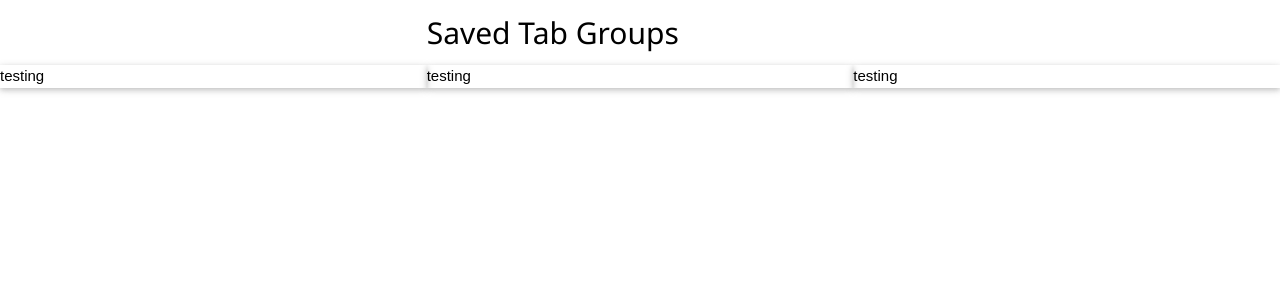
Repository: pixman92/GitTab
Page: background.html
These files come from the project's save history. The page is drawn as it stood at one moment and after the next save; the edit follows.
The browser window is 1280 px wide. The pictures show the whole page.

Above is the page before, as saved 2020-02-13 21:37:25.
Console error: SyntaxError: Unexpected token '.'

### background.html
<html>
    <head>
    <meta charset="UTF-8">
    <meta name="viewport" content="width=device-width, initial-scale=1.0">
    <meta http-equiv="X-UA-Compatible" content="ie=edge">
    <title>background</title>

    <link rel="stylesheet" href="pure-min.css">
    <link rel="stylesheet" href="w3.css">



    <!-- <script src="https://www.gstatic.com/firebasejs/5.5.9/firebase.js"></script> -->
    <!-- <script src="firebase.js"></script>
    <script src="firestoreStuff.js"></script>
    <script src="helperfunctions.js"></script> -->
    <script src="background.js"></script>
    <script src="backgroundNew.js"></script>
    <script src="TabObj.js"></script>
    <script src="CSS_tweaking.js"></script>

    <link rel="stylesheet" href="styles.css">




</head>
<body>
    <div class="pure-g">
        <div class="pure-u-1-3"></div>
        <div class="pure-u-1-3">
            <h2>Saved Tab Groups</h2>
        </div>
        <div class="pure-u-1-3"></div>

    </div>

    <!-- <h1 id='hello'>Hello</h1> -->

    <div id="placeHolder">
        <!-- <div class="gridSaved"> -->
        <div class="pure-g">
            <div class="pure-u-1-3">
                <div class="w3-card-2">testing</div>
            </div>
            <div class="pure-u-1-3">
                <div class="w3-card-2">testing</div>
            </div>
            <div class="pure-u-1-3">
                <div class="w3-card-2">testing</div>
            </div>
        </div>



        <!-- </div> -->

    </div>

</body>
</html>

### background.js
//file that saves Current tabs on open
//displays all tabs found in BIGTAB
//
//also, to allow for deleting in BIGTAB arr[]

var userBIG;
function makeOrGet(){
    try {
       pullBIG();

    } catch (error) {
        console.log('error', error);
    }
}

### backgroundNew.js

window.onload = ()=>{
    // makeNice();

    makeObjects();

    chrome.storage.sync.get(['saveMe'], (result)=>{
        if(result.saveMe==true){
            pullBIG();
            retrieved.add()
            chrome.storage.sync.set({'saveMe': false});
        }
    });

//    receiveMessage();
}


//========================================

//file reserved for opening & deleting of grouped TAB objects
//soon to be OLD
var str=""; var tabSaved="";
function makeNice(){

    chrome.storage.sync.get(['tabSet'], (result)=>{
        tabSaved = result.tabSet;
        console.log('tab2', tabSaved);

        //========================================
        for(var i=0; i<tabSaved.length; i++){
            //required \" to make URL (a href) work!
            str+=makeStr(["<div class='grid1'>", "<div>","<a target='_blank'  href=\"", tabSaved[i].url.toString(), "\">", tabSaved[i].title.toString(), "</a>", "</div>", "</div>" ]);
        }
        // console.log('str', str);
        document.getElementById('placeHolder').innerHTML = str;

        str="";
    });
}
//========================================

var tabToObj;
var singleNewTABGroup;
function makeObjects(){
    try{
        pullBIG();
    }catch(error){
        console.log('error', error);
    }
    chrome.storage.sync.get(['tabSet'], (result)=>{
        tabToObj = result.tabSet;
        singleNewTABGroup = new SingleTABGroup(tabToObj['title'], tabToObj['tabs']);
        retrieved.add(singleNewTABGroup);
        retrieved.addToStorage();
    });

}

var saveBIGTAB; var retrieved;
function pullBIG(){
    //retrieved - main Variable to work with
    chrome.storage.sync.get(['BIGTAB'], (result)=>{
        saveBIGTAB = result.BIGTAB;
        console.log('saveBIGTAB', saveBIGTAB);
        retrieved = new BIGTAB();


        // retrieved.add(saveBIGTAB);
        for(var i=0; i<saveBIGTAB.length; i++){
            retrieved.add(saveBIGTAB[0]);
        }

        return saveBIGTAB;
    });


}
.



//========================================

//functions to print out HTML




//========================================

function makeStr(arr){
    return arr.join("")
}

function wait(timout){
    return new Promise(resolve=>setTimeout(resolve, timout));
}

### TabObj.js
//file for TAB object framework

var SingleTABGroup = function(title, tabs){
    var tmpDate = new Date();
    this.date = tmpDate;

    this.title = title;
    this.tabs = tabs;
}



class BIGTAB {

    // big = new BIGTAB()
    // big.add(single)
    // big.get()[0] - > dates/title/tabs


    constructor(){
        this.single=[];
    //     this.single.push(SingleTAB);
    }

    add(data){
        if(data){
            this.single.push(data);
        }else{
            console.log('nothing to add');
        }
        console.log('remember to addToStorage()');
        // return single;
    }
    get(){
        return this.single;
    }

    addToStorage(){
        chrome.storage.sync.set({'BIGTAB': this.single});
    }

}

// function replaceBIGTABInStorage(BIGTAB){
//     chrome.storage.sync.set({'BIGTAB': BIGTAB});

// }

### CSS_tweaking.js


// funcitons for tweaking CSS
function cssMe(selector, styleMe, change){
    document.getElementById(selector).style[styleMe] = change;
}

### styles.css
.gridSaved{
    display:grid;
    grid-template-rows: 1fr 1fr;
}

.margBottom{
    margin-bottom: 1em;
}
/* .container{
    width: 23%;
} */

.center{
    margin-left: auto;
    margin-right: auto;
    width: 50%;
}

.margMe{
    margin:.8em;
    padding: .9em;
}

Loaded but not shown: pure-min.css (library); w3.css (library)

After the next save:
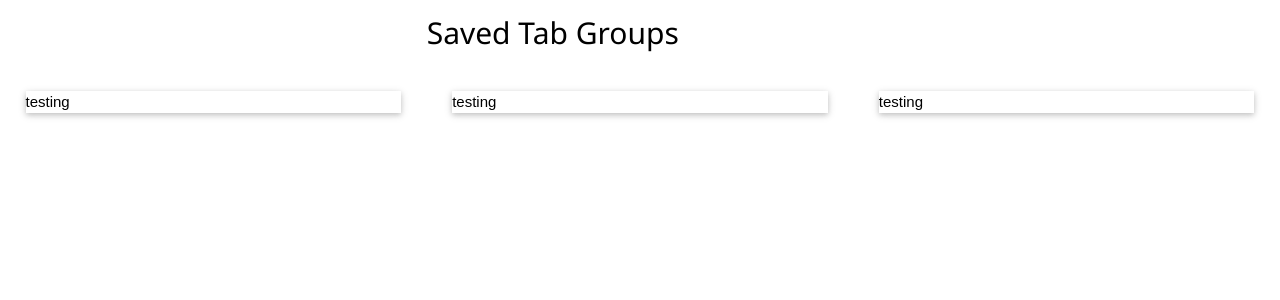
Saved 117 s later.
--- a/background.html
+++ b/background.html
@@ -41,13 +41,22 @@
         <!-- <div class="gridSaved"> -->
         <div class="pure-g">
             <div class="pure-u-1-3">
-                <div class="w3-card-2">testing</div>
+                <div class="margMe">
+                    <div class="w3-card-2">testing</div>
+
+                </div>
             </div>
             <div class="pure-u-1-3">
-                <div class="w3-card-2">testing</div>
+                <div class="margMe">
+                    <div class="w3-card-2">testing</div>
+
+                </div>
             </div>
             <div class="pure-u-1-3">
-                <div class="w3-card-2">testing</div>
+                <div class="margMe">
+                    <div class="w3-card-2">testing</div>
+
+                </div>
             </div>
         </div>
 
